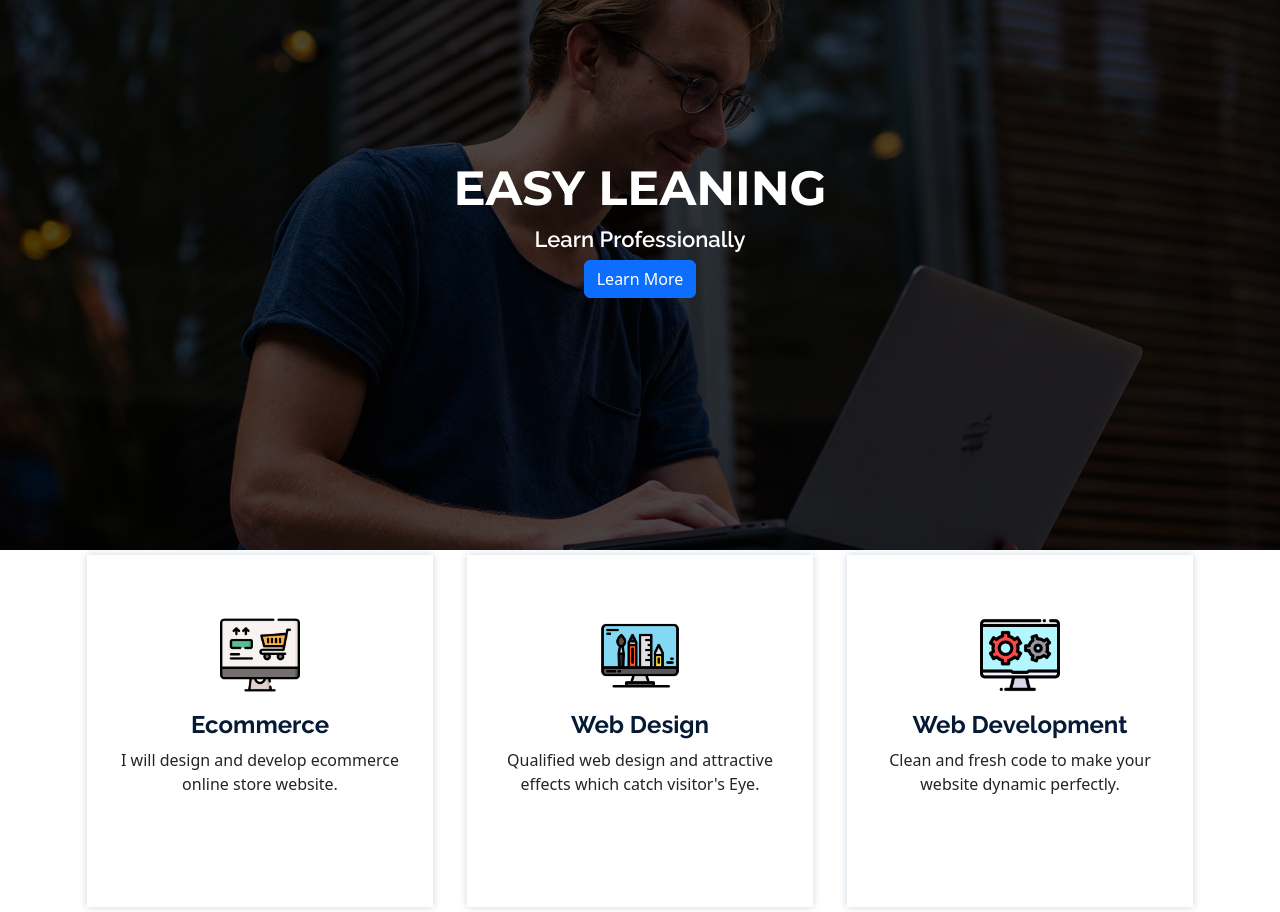
Repository: masamichan/free_video_app
Page: /
These files come from the project's save history. The page is drawn as it stood at one moment and after the next save; the edit follows.
The browser window is 1280 px wide. The pictures show the whole page.
Backgrounds fixed to the window are drawn as part of the page. The project was rebuilt for these pictures with package versions that can differ from the ones it lists, and the page was loaded fresh each time.

Above is the page before, as saved 2023-01-22 12:24:49.

### public/index.html
<!DOCTYPE html>
<html lang="en">
  <head>
    <meta charset="utf-8" />
    <link rel="icon" href="%PUBLIC_URL%/icon.png" />
    <meta name="viewport" content="width=device-width, initial-scale=1" />
    <meta name="theme-color" content="#000000" />
    <meta
      name="description"
      content="Web site created using create-react-app"
    />

    <link rel="manifest" href="%PUBLIC_URL%/manifest.json" />

    <link rel="preconnect" href="https://fonts.googleapis.com">
    <link rel="preconnect" href="https://fonts.gstatic.com" crossorigin>
    <link
      href="https://fonts.googleapis.com/css2?family=Montserrat:wght@400;700;800&family=Raleway:wght@300;400;600;700&display=swap"
      rel="stylesheet">

    <title>Easy Leaning</title>
  </head>
  <body>
    <noscript>You need to enable JavaScript to run this app.</noscript>
    <div style="width: 100%;" id="root"></div>

  </body>
</html>

### src/App.js
import React from "react";
import Services from "./components/Services/Services";
import { TopBanner } from "./components/TopBanner/TopBanner";

function App() {
  return (
    <div>
      <TopBanner />
      <Services />
    </div>
  );
}

export default App;

### src/components/Services/Services.jsx
import React, { Component, Fragment } from "react";
import { Col, Container, Row } from "react-bootstrap";
import designIcon from "../../asset/image/design.png";
import ecommerceIcon from "../../asset/image/ecommerce.png";
import webIcon from "../../asset/image/web.png";

export class Services extends Component {
  render() {
    return (
      <Fragment>
        <Container>
          <Row>
            <Col lg={4} md={6} sm={12}>
              <div className="serviceCard text-center">
                <img className="ecommerceIcon" src={ecommerceIcon} />
                <h2 className="serviceName">Ecommerce</h2>
                <p className="serviceDescription">
                  I will design and develop ecommerce online store website.
                </p>
              </div>
            </Col>
            <Col lg={4} md={6} sm={12}>
              <div className="serviceCard text-center">
                <img className="designIcon" src={designIcon} />
                <h2 className="serviceName">Web Design</h2>
                <p className="serviceDescription">
                  Qualified web design and attractive effects which catch
                  visitor's Eye.
                </p>
              </div>
            </Col>
            <Col lg={4} md={6} sm={12}>
              <div className="serviceCard text-center">
                <img className="webIcon" src={webIcon} />
                <h2 className="serviceName">Web Development</h2>
                <p className="serviceDescription">
                  Clean and fresh code to make your website dynamic perfectly.
                </p>
              </div>
            </Col>
          </Row>
        </Container>
      </Fragment>
    );
  }
}

export default Services;

### src/components/TopBanner/TopBanner.jsx
import React, { Component, Fragment } from "react";
import { Button, Col, Container, Row } from "react-bootstrap";
import "../../asset/css/custom.css";
import "../../asset/css/bootstrap.css";

export class TopBanner extends Component {
  render() {
    return (
      <Fragment>
        <Container fluid={true} className="topFixedBanner p-0">
          <div className="topBannerOverlay">
            <Container className="topContent">
              <Row>
                <Col className="text-center">
                  <h1 className="topTitle">EASY LEANING</h1>
                  <h4 className="topSubTitle">Learn Professionally</h4>
                  <Button variant="primary">Learn More</Button>
                </Col>
              </Row>
            </Container>
          </div>
        </Container>
      </Fragment>
    );
  }
}

export default TopBanner;

### src/asset/css/custom.css
.topFixedBanner {
  background-image: url("../image/banner.jpg");
  min-height: 550px;
  background-attachment: fixed;
  background-position: center;
  background-repeat: no-repeat;
  background-size: cover;
}
.topBannerOverlay {
  position: absolute;
  min-height: 550px;
  width: 100%;
  background: rgb(0, 0, 0, 0.7);
}

.topContent {
  margin-top: 10em;
}

.topTitle {
  font-family: "Montserrat", sans-serif;
  font-weight: 700;
  color: #ffffff;
  font-size: 48px;
}

.topSubTitle {
  font-family: "Raleway", san-serif;
  font-weight: 600;
  color: #ffffff;
  font-size: 22px;
}

.ecommerceIcon {
  height: 80px;
  width: 80px;
}

.designIcon {
  height: 80px;
  width: 80px;
}

.webIcon {
  height: 80px;
  width: 80px;
}

.serviceCard {
  margin: 5px 5px 5px 5px;
  height: 22rem;
  padding: 60px 30px 60px 30px;
  box-shadow: 0 0 8px 0 rgb(4, 55, 105, 0.2);
}

.serviceCard:hover {
  margin: 5px 5px 5px 5px;
  height: 22rem;
  padding: 60px 30px 60px 30px;
  box-shadow: 0 0 16px 0 rgb(4, 55, 105, 0.2);
}

.serviceName {
  color: #051b35;
  margin-top: 1rem;
  font-family: "Raleway", sans-serif;
  font-size: 24px;
  font-weight: 700;
}

Loaded but not shown: src/index.js (common file); src/asset/css/bootstrap.css (library)

After the next save:
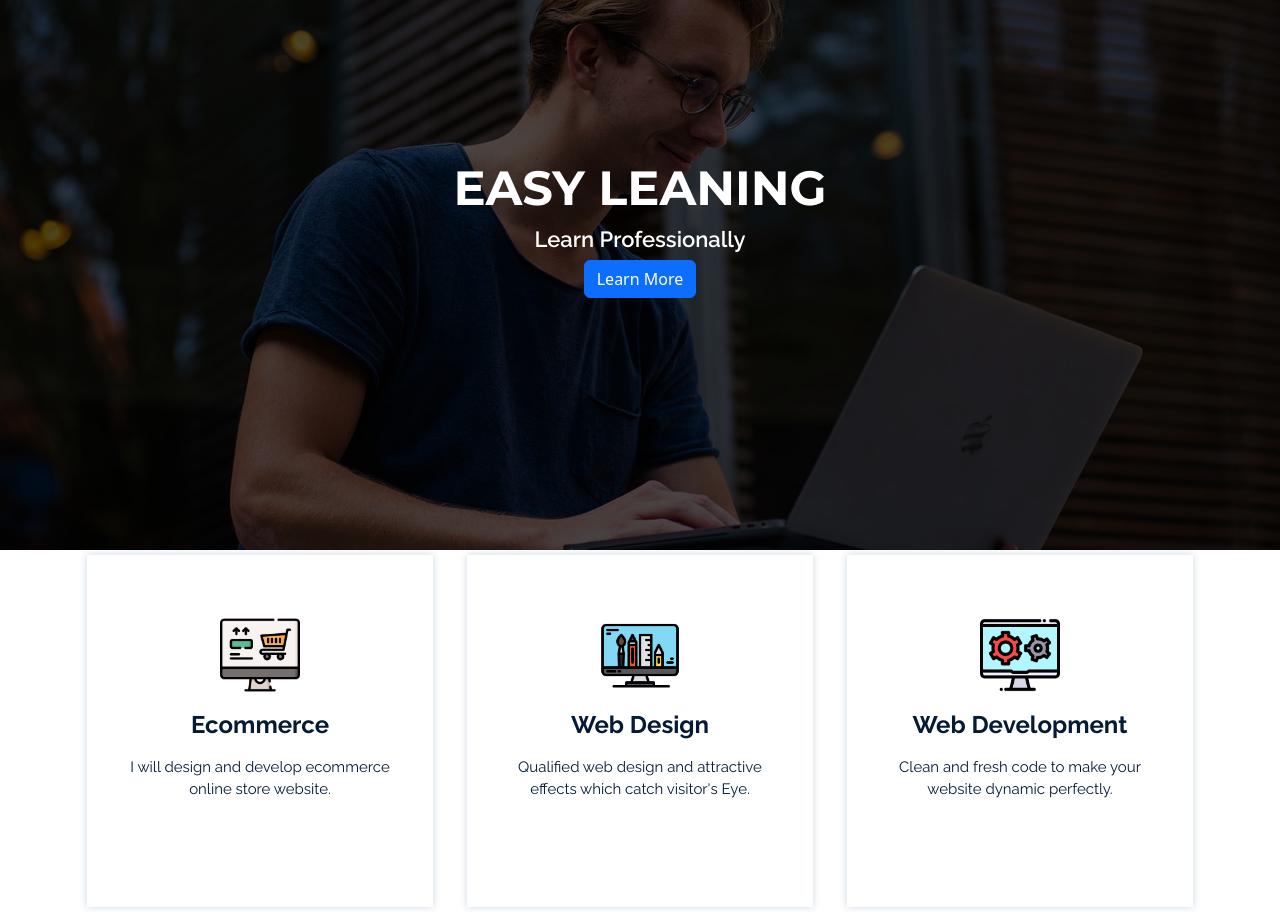
Saved 2 min 59 s later.
--- a/src/asset/css/custom.css
+++ b/src/asset/css/custom.css
@@ -67,3 +67,11 @@
   font-size: 24px;
   font-weight: 700;
 }
+
+.serviceDescription {
+  color: #051b35;
+  margin-top: 1rem;
+  font-family: "Raleway", sans-serif;
+  font-size: 15px;
+  font-weight: 400;
+}
